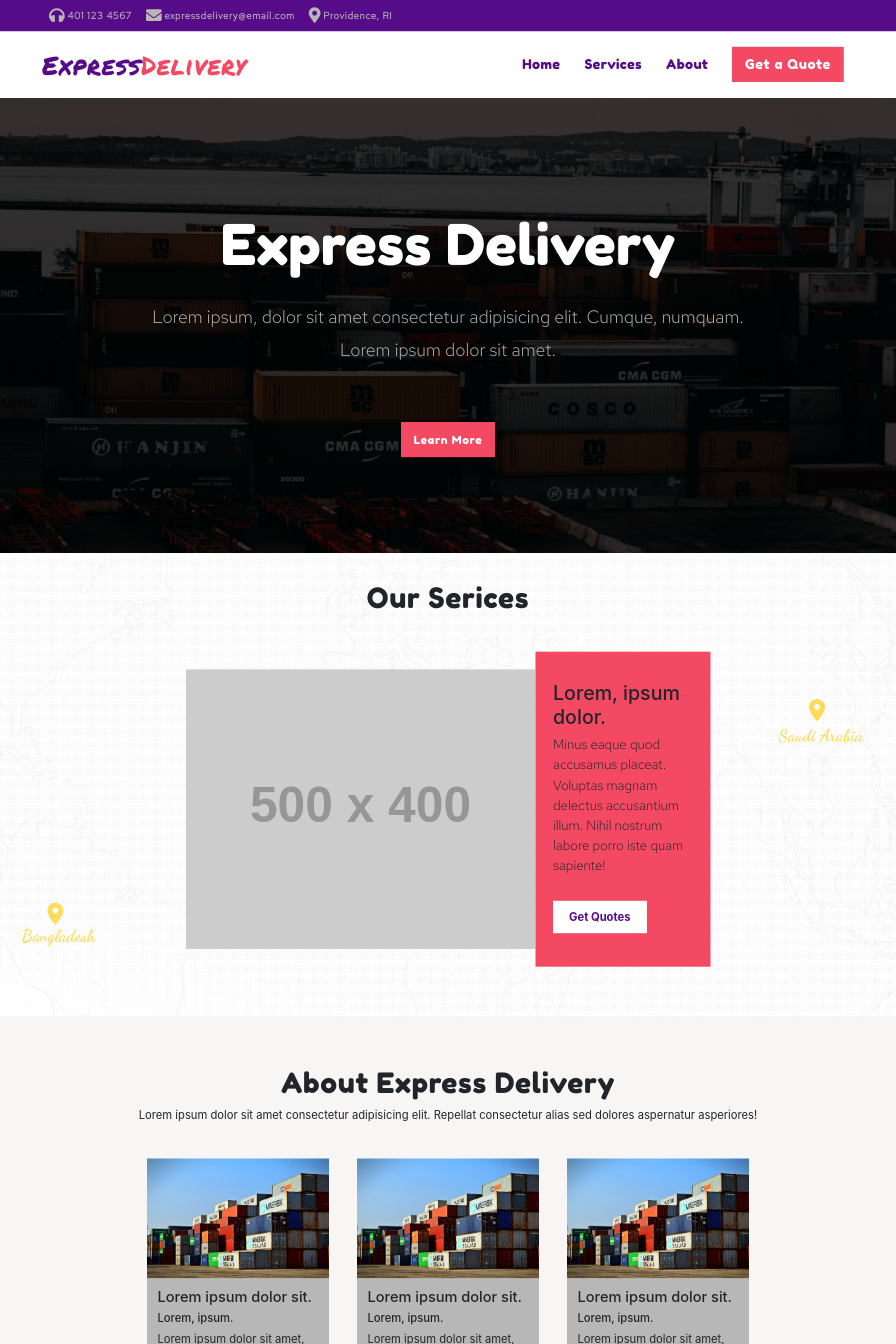
Repository: just-mann/express-delivery
Page: index.html
These files come from the project's save history. The page is drawn as it stood at one moment and after the next save; the edit follows.
The browser window is 1280 px wide. The pictures show the part of the page from y = 0 to 1920 px (the page is 5885 px tall), at 70% of full size.
Some web libraries are served in a nearby version. The style sheet was rebuilt from its Sass, Less or Tailwind sources for each picture, by a compiler version that may differ from the author's.

Above is the page before, as saved 2021-07-05 20:28:20.

After the next save:
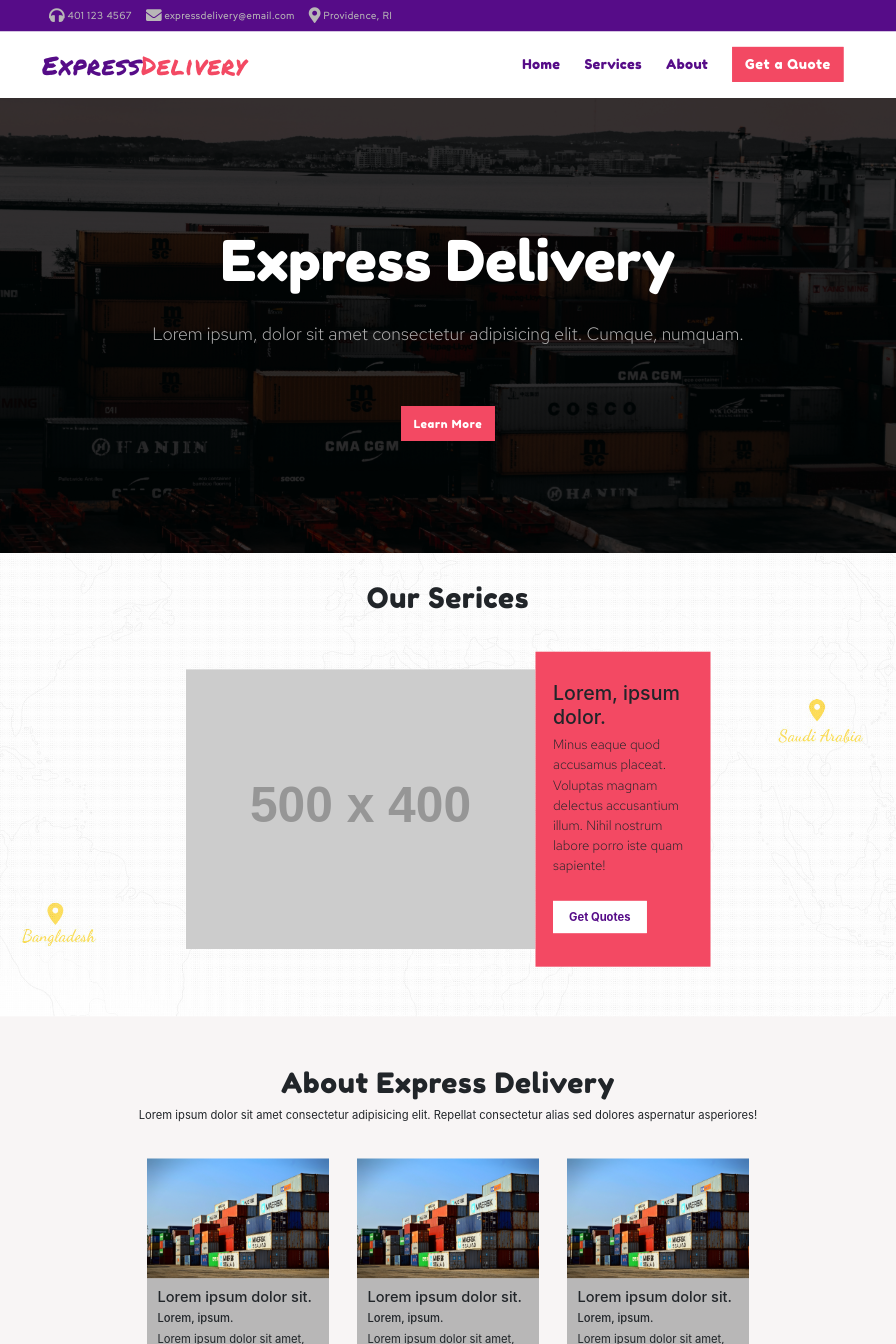
Saved 21 s later.
--- a/index.html
+++ b/index.html
@@ -45,7 +45,7 @@
                     <div class="hero__overlay">
                         <h2>Express Delivery</h2>
                         <p class="firstPara">Lorem ipsum, dolor sit amet consectetur adipisicing elit. Cumque, numquam.</p>
-                        <p class="secondPara">Lorem ipsum dolor sit amet.</p>
+                        <!-- <p class="secondPara">Lorem ipsum dolor sit amet.</p> -->
                         <a href="#services">Learn More</a>
                     </div>
                 </div>
